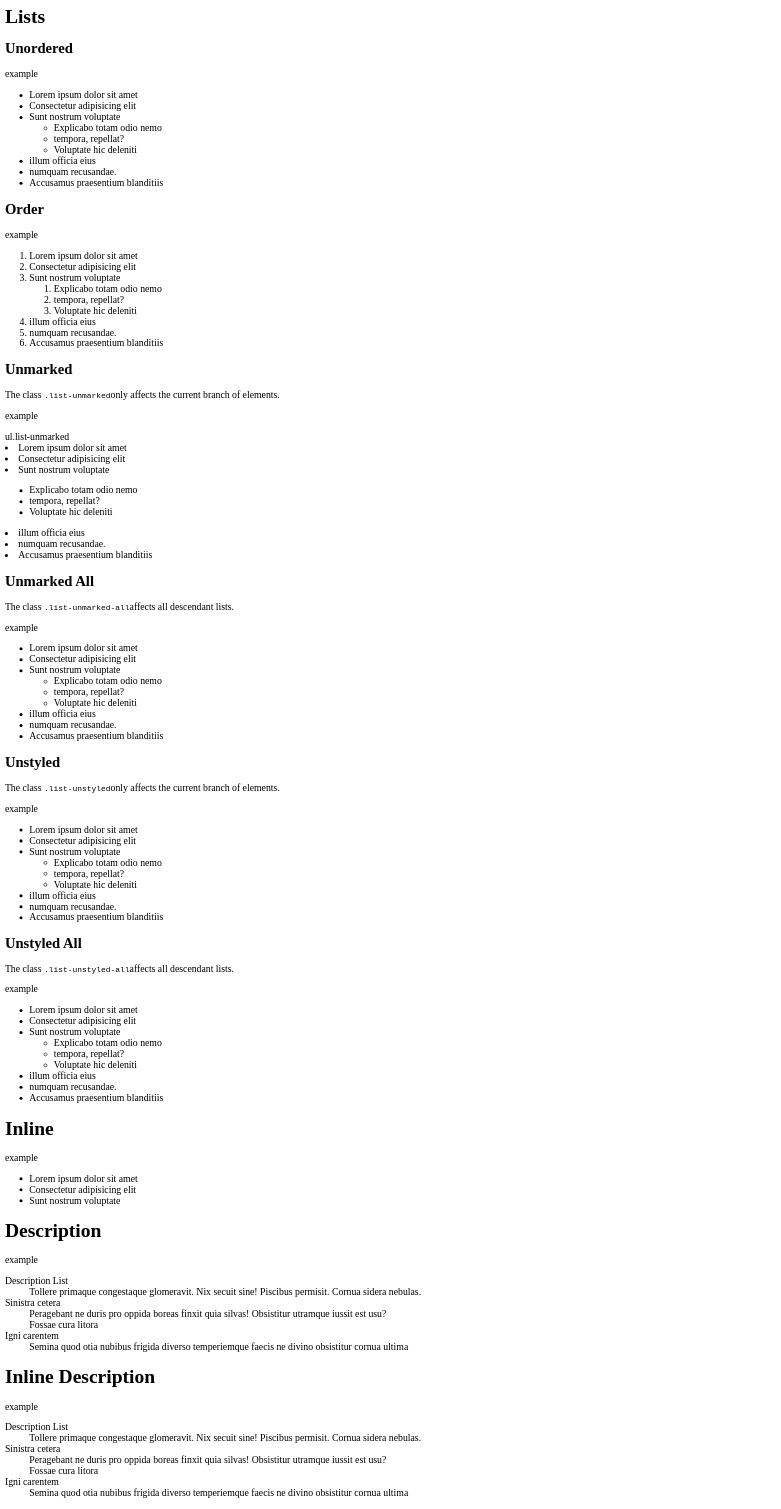
Repository: sympolinc/silk
Page: http://localhost/views/lists.php
The author's editor kept a record of every edit. The page is drawn from the files as they stood at one moment, then again after the next edit.
The browser window is 1280 px wide. The pictures show the whole page, at 61% of full size.
The page is run by PHP 8.4 with error messages shown; the project is at /var/www/html/.

Above is the page before.

After the next edit:
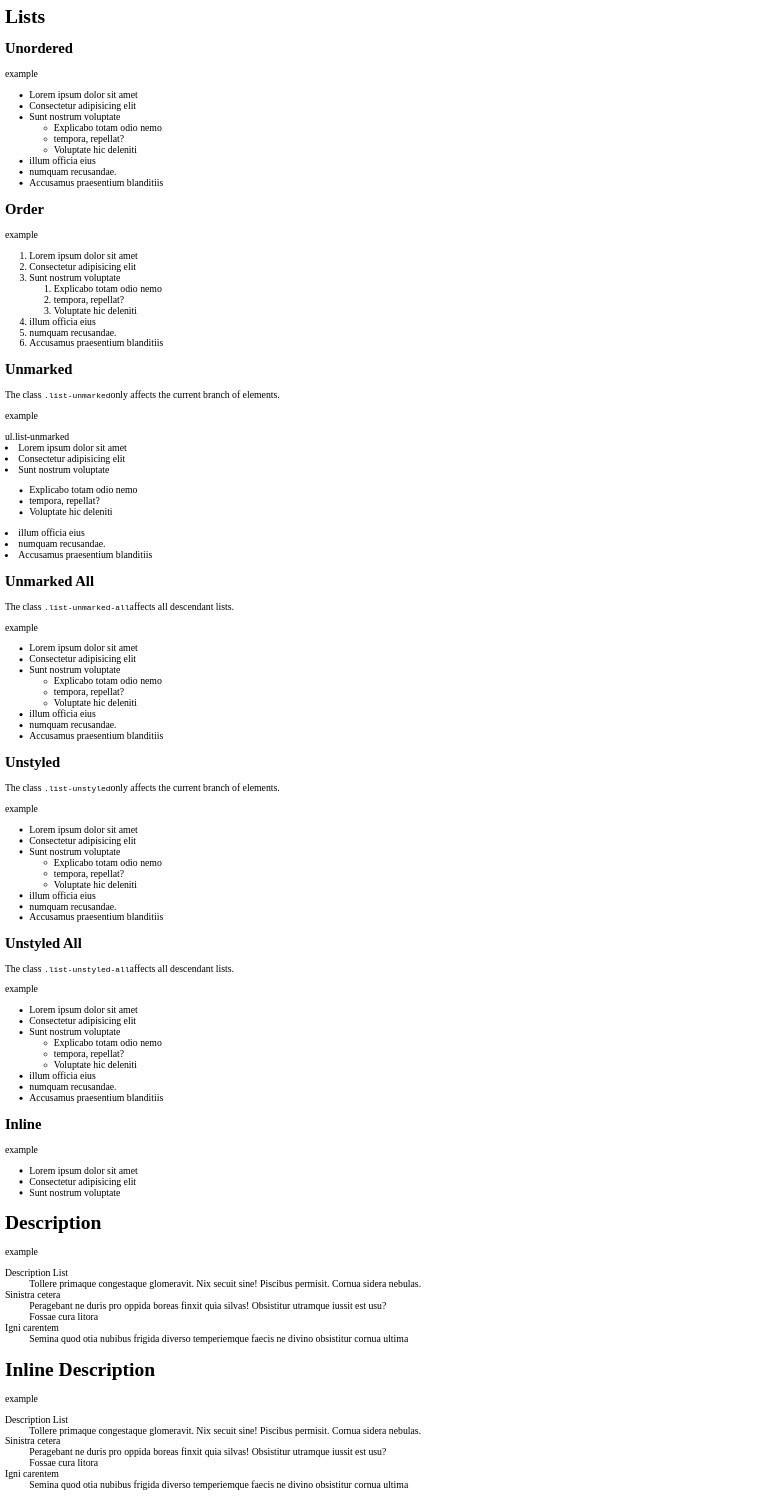
The edit:
--- a/views/lists.php
+++ b/views/lists.php
@@ -142,7 +142,7 @@
     </div>
 </div>
 <div class="section">
-    <h1>Inline</h1>
+    <h2>Inline</h2>
     <div class="silk-example">
         <span class="lang">example</span>
         <div data-example>
